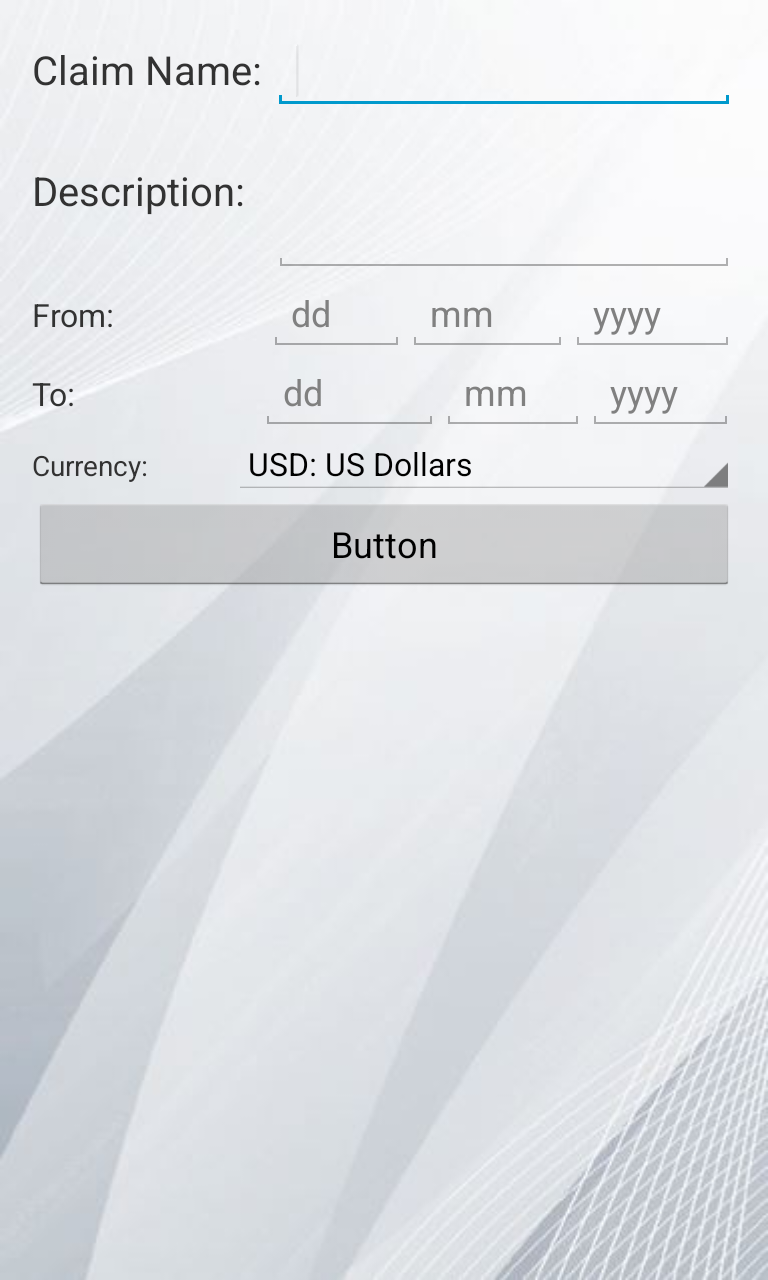
Repository: eorodrig/eorodrigTravelLogger
Layout: TravelLogger/res/layout/activity_new_claim.xml
These files come from the project's save history. The layout is drawn as it stood at one moment and after the next save; the edit follows.
It is drawn on a 768 x 1280 px phone screen (xhdpi) without system bars, with theme AppTheme; the app's code is not run. The app's manifest (not shown) leaves right-to-left support off. So textAlignment, textDirection and layoutDirection are ignored, and left and right values win over start and end ones.

Above is the layout before, as saved 2015-01-16 07:03:29.

After the next save:
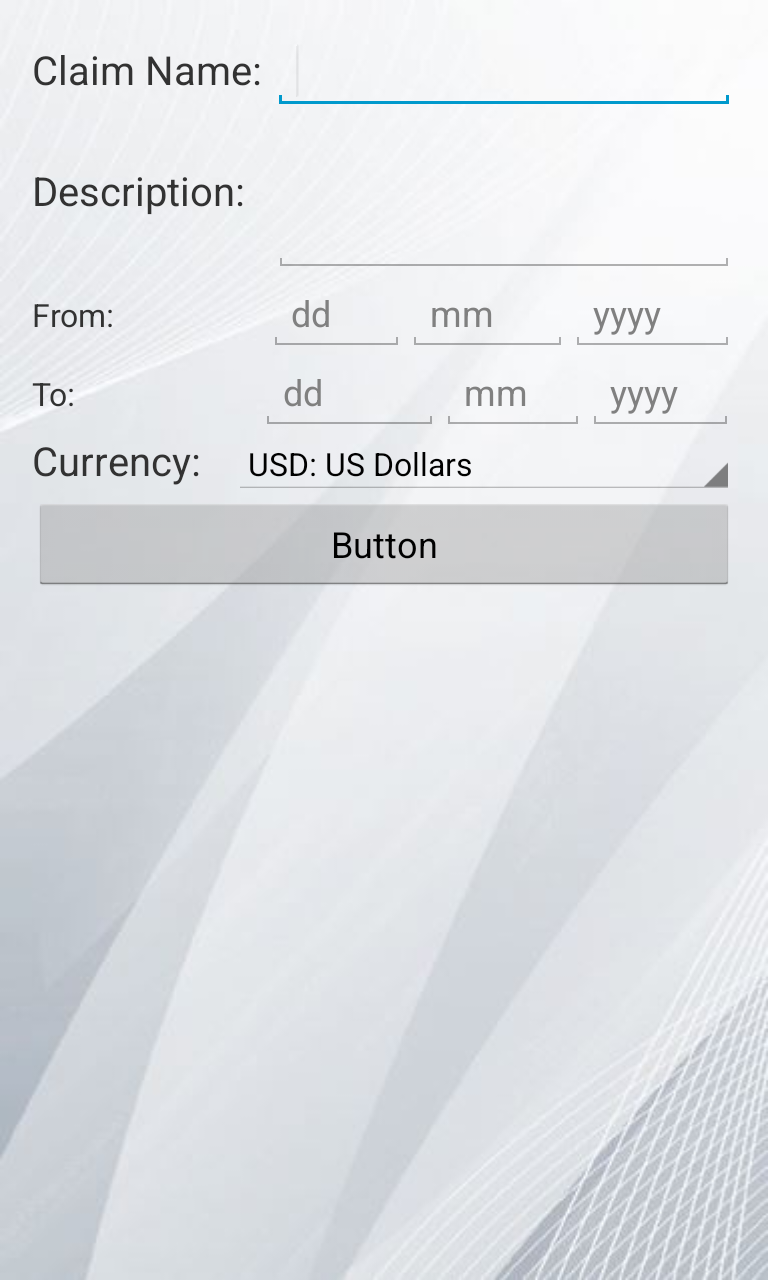
Saved 13 s later.
--- a/TravelLogger/res/layout/activity_new_claim.xml
+++ b/TravelLogger/res/layout/activity_new_claim.xml
@@ -145,7 +145,8 @@
                 android:id="@+id/textView5"
                 android:layout_width="100dp"
                 android:layout_height="wrap_content"
-                android:text="@string/currency_type" />
+                android:text="@string/currency_type"
+                android:textSize="20sp" />
 
             <Spinner
                 android:id="@+id/spinner1"
